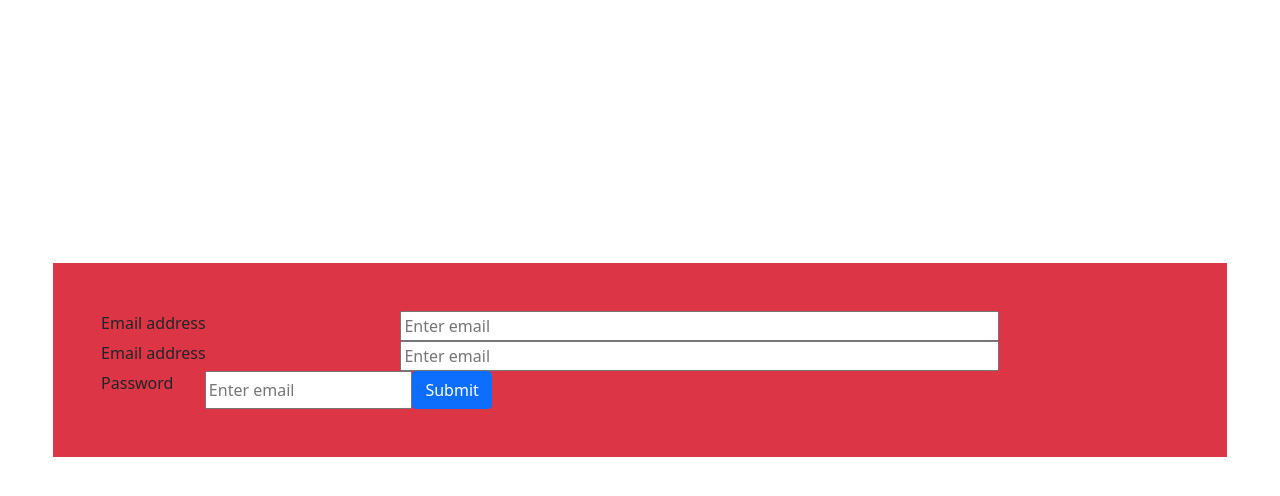
Repository: mariamkhaledsapra/E-Commerce-main
Page: /login
The author's editor kept a copy of each file at every save. The page is drawn from the files as they stood at one save, then again after the next save.
The browser window is 1280 px wide. The pictures show the whole page.
The project was rebuilt for these pictures with package versions that can differ from the ones it lists, and the page was loaded fresh each time. Also part of the build but not shown: src/App.css, src/components/Navbar.jsx, src/App.js.

Above is the page before, as saved 2024-02-13 22:03:37.

### public/index.html
<!DOCTYPE html>
<html lang="en">
  <head>
    <meta charset="utf-8" />
    <link rel="icon" href="%PUBLIC_URL%/favicon.ico" />
    <meta name="viewport" content="width=device-width, initial-scale=1" />
    <meta name="theme-color" content="#000000" />
    <meta
      name="description"
      content="Web site created using create-react-app"
    />
    <link href="https://cdn.jsdelivr.net/npm/bootstrap@5.1.3/dist/css/bootstrap.min.css" rel="stylesheet" integrity="sha384-1BmE4kWBq78iYhFldvKuhfTAU6auU8tT94WrHftjDbrCEXSU1oBoqyl2QvZ6jIW3" crossorigin="anonymous">

    <title>React App</title>
  </head>
  <body>
    <div id="root"></div>
  </body>
</html>

### src/index.js
import React from "react";
import ReactDOM from "react-dom/client";
import "./index.css";
import App from "./App";
import reportWebVitals from "./reportWebVitals";
import { createBrowserRouter, RouterProvider } from "react-router-dom";
import Login from "./components/Login";
import Navbar from "./components/Navbar";

const Routes = createBrowserRouter([
  {
    path: "/",
    element: <App />,
  },
  {
    path: "/login",
    element: <Login />,
  },
]);

const root = ReactDOM.createRoot(document.getElementById("root"));
root.render(
  <RouterProvider router={Routes}>
    <App />
  </RouterProvider>
);

reportWebVitals();

### src/index.css
body {
  display: flex;

  justify-content: center;

  align-items: center;

  height: 100vh;

  margin: 0;
}
/* .login {
  position: absolute;
  top: 50%;
  left: 50%;
  width: 100%;
  transform: translate(-50%, -50%);
  -webkit-transform: translate(-50%, -50%);
  -moz-transform: translate(-50%, -50%);
  -ms-transform: translate(-50%, -50%);
  -o-transform: translate(-50%, -50%);
} */

### src/components/Login.jsx
import React from "react";

const Login = () => {
  return (
    <div class="login-form w-100 bg-danger ">
      <form class="p-5 d-flex flex-wrap">
        <div class="d-flex col-10">
          <label for="email" class="col-4">
            Email address
          </label>

          <input
            type="email"
            class="col-8"
            id="email"
            placeholder="Enter email"
          />
        </div>
        <div class="d-flex col-10">
          <label for="email" class="col-4">
            Email address
          </label>

          <input
            type="email"
            class="col-8"
            id="email"
            placeholder="Enter email"
          />
        </div>
        <div class="d-flex">
          <label for="email" class="col-4">
            Password
          </label>

          <input
            type="email"
            class="col-8"
            id="email"
            placeholder="Enter email"
          />
        </div>

        <button type="submit" class="btn btn-primary">
          Submit
        </button>
      </form>
    </div>
  );
};

export default Login;

Loaded but not shown: src/reportWebVitals.js (common file)

After the next save:
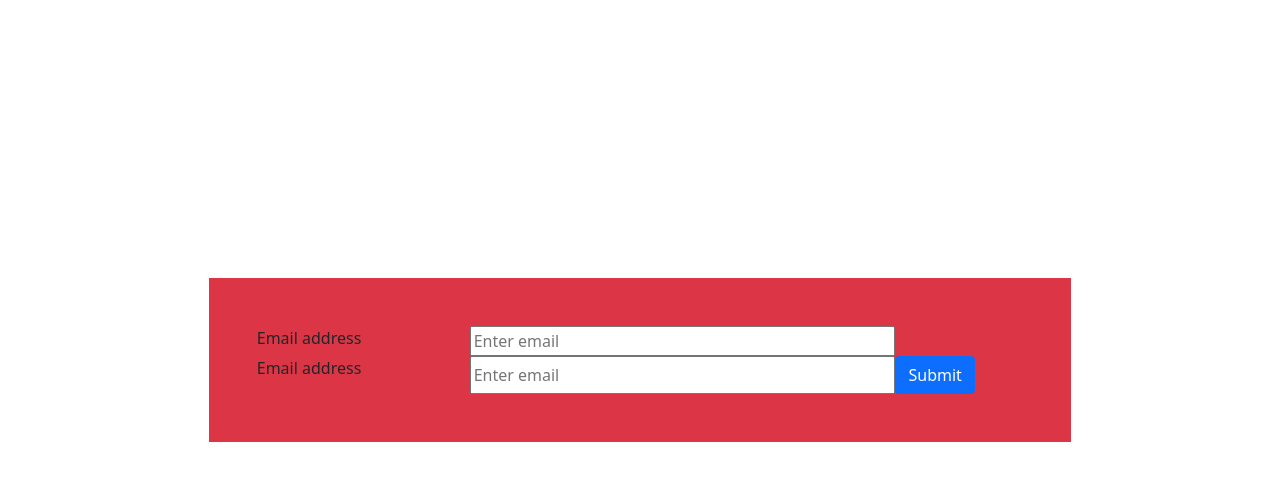
Saved 4 s later.
--- a/src/components/Login.jsx
+++ b/src/components/Login.jsx
@@ -28,18 +28,7 @@ const Login = () => {
             placeholder="Enter email"
           />
         </div>
-        <div class="d-flex">
-          <label for="email" class="col-4">
-            Password
-          </label>
 
-          <input
-            type="email"
-            class="col-8"
-            id="email"
-            placeholder="Enter email"
-          />
-        </div>
 
         <button type="submit" class="btn btn-primary">
           Submit
